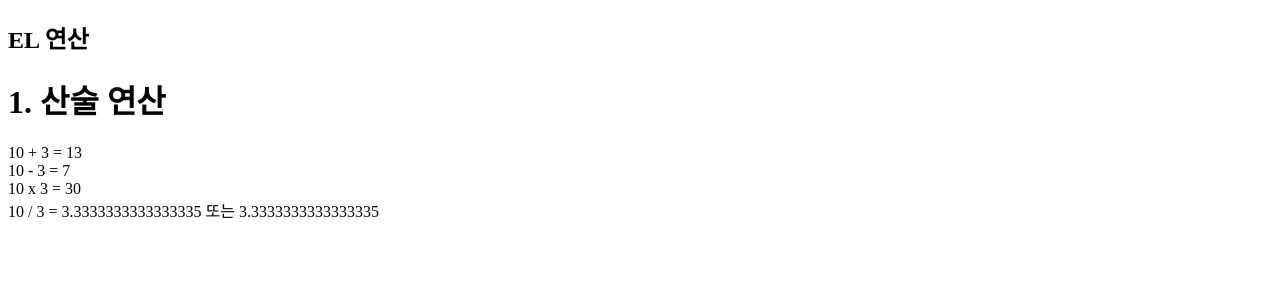
Repository: Young-27/DailyStudy
Page: http://localhost/actionProject/operation.do
An editor plug-in stored every save of this project. The page is shown before and after the next save, followed by the edit.
The browser window is 1280 px wide. The pictures show the whole page.
The page is served by Tomcat 9.

Above is the page before, as saved 2021-06-16 10:08:12.

### Server/web-workspace2/actionProject/WebContent/views/1_EL/02_elOperation.jsp
<%@ page language="java" contentType="text/html; charset=UTF-8"
    pageEncoding="UTF-8"%>
<!DOCTYPE html>
<html>
<head>
<meta charset="UTF-8">
<title>Insert title here</title>
</head>
<body>

	<h2>EL 연산</h2>

	<h1>1. 산술 연산</h1>
	<%-- <%= (int)request.getAttribute("big") + (int)request.getAttribute("small") %> --%>

	10 + 3 = ${ big + small } <br>
	10 - 3 = ${ big - small } <br>
	10 x 3 = ${ big * small } <br>
	10 / 3 = ${ big / small } 또는 ${ big div small }

</body>
</html>

### Server/web-workspace2/actionProject/src/com/kh/controller/OperationServlet.java
package com.kh.controller;

import java.io.IOException;
import java.util.ArrayList;

import javax.servlet.ServletException;
import javax.servlet.annotation.WebServlet;
import javax.servlet.http.HttpServlet;
import javax.servlet.http.HttpServletRequest;
import javax.servlet.http.HttpServletResponse;

import com.kh.model.vo.Person;

/**
 * Servlet implementation class OperationServlet
 */
@WebServlet("/operation.do")
public class OperationServlet extends HttpServlet {
	private static final long serialVersionUID = 1L;

    /**
     * @see HttpServlet#HttpServlet()
     */
    public OperationServlet() {
        super();
        // TODO Auto-generated constructor stub
    }

	/**
	 * @see HttpServlet#doGet(HttpServletRequest request, HttpServletResponse response)
	 */
	protected void doGet(HttpServletRequest request, HttpServletResponse response) throws ServletException, IOException {

		request.setAttribute("big", 10);
		request.setAttribute("small", 3);

		request.setAttribute("sOne", "안녕");
		request.setAttribute("sTwo", new String("안녕"));

		request.setAttribute("pOne", new Person("홍길동", 20, "남자"));
		request.setAttribute("pTwo", null);

		ArrayList<String> list1 = new ArrayList<>();
		request.setAttribute("lOne", list1); // 텅빈리스트

		ArrayList<String> list2 = new ArrayList<>();
		list2.add("ㅋㅋㅋ");
		request.setAttribute("lTwo", list2);

		request.getRequestDispatcher("views/1_EL/02_elOperation.jsp").forward(request, response);

	}

	/**
	 * @see HttpServlet#doPost(HttpServletRequest request, HttpServletResponse response)
	 */
	protected void doPost(HttpServletRequest request, HttpServletResponse response) throws ServletException, IOException {
		doGet(request, response);
	}

}

### Server/web-workspace2/actionProject/src/com/kh/model/vo/Person.java
package com.kh.model.vo;

public class Person {

	private String name;
	private int age;
	private String gender;

	public Person() {}

	public Person(String name, int age, String gender) {
		super();
		this.name = name;
		this.age = age;
		this.gender = gender;
	}

	public String getName() {
		return name;
	}

	public void setName(String name) {
		this.name = name;
	}

	public int getAge() {
		return age;
	}

	public void setAge(int age) {
		this.age = age;
	}

	public String getGender() {
		return gender;
	}

	public void setGender(String gender) {
		this.gender = gender;
	}

	@Override
	public String toString() {
		return "Person [name=" + name + ", age=" + age + ", gender=" + gender + "]";
	}



}

After the next save:
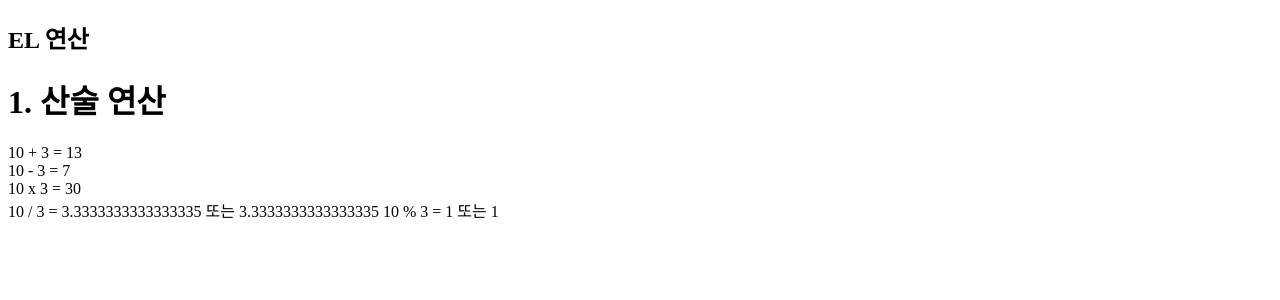
Saved 89 s later.
--- a/Server/web-workspace2/actionProject/WebContent/views/1_EL/02_elOperation.jsp
+++ b/Server/web-workspace2/actionProject/WebContent/views/1_EL/02_elOperation.jsp
@@ -17,6 +17,7 @@
 	10 - 3 = ${ big - small } <br>
 	10 x 3 = ${ big * small } <br>
 	10 / 3 = ${ big / small } 또는 ${ big div small }
+	10 % 3 = ${ big % small } 또는 ${ big mod small }
 
 </body>
 </html>
